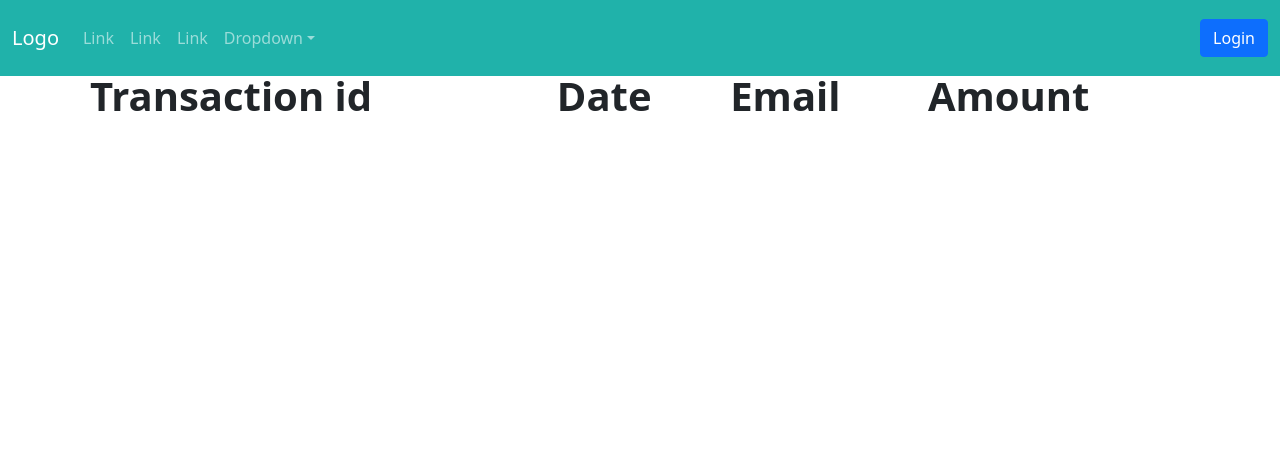
Repository: Sadia-Naveed-Shaikh/JavaScript-Website
Page: src/Listing.html
An editor plug-in stored every save of this project. The page is shown before and after the next save, followed by the edit.
The browser window is 1280 px wide. The pictures show the whole page.
Some web libraries are served in a nearby version.

Above is the page before, as saved 2021-10-28 16:36:19.
Console error: TypeError: Cannot read properties of undefined (reading 'tran_id')

### src/Listing.html
<!DOCTYPE html>

<html>

<head>
    <title>Listing</title>
    <meta charset="utf-8">
    <meta name="viewport" content="width=device-width, initial-scale=1">
    <link href="https://cdn.jsdelivr.net/npm/bootstrap@5.1.1/dist/css/bootstrap.min.css" rel="stylesheet">
    <script src="https://cdn.jsdelivr.net/npm/bootstrap@5.1.1/dist/js/bootstrap.bundle.min.js"></script>
    <script src="https://kit.fontawesome.com/2246d8fd03.js" crossorigin="anonymous"></script>
</head>


<body>

    <nav class="navbar navbar-expand-sm  navbar-dark fixed-top" style="background-color: #20b2aa">
        <div class="container-fluid" style="background-color: #20b2aa; height:60px">
            <a class="navbar-brand" href="#">Logo</a>
            <button class="navbar-toggler" type="button" data-bs-toggle="collapse" data-bs-target="#collapsibleNavbar">
                <span class="navbar-toggler-icon"></span>
            </button>
            <div class="collapse navbar-collapse" id="collapsibleNavbar">
                <ul class="navbar-nav">
                    <li class="nav-item">
                        <a class="nav-link" href="#">Link</a>
                    </li>
                    <li class="nav-item">
                        <a class="nav-link" href="#">Link</a>
                    </li>
                    <li class="nav-item">
                        <a class="nav-link" href="#">Link</a>
                    </li>
                    <li class="nav-item dropdown">
                        <a class="nav-link dropdown-toggle" href="#" role="button"
                            data-bs-toggle="dropdown">Dropdown</a>
                        <ul class="dropdown-menu">
                            <li><a class="dropdown-item" href="#">Transaction</a></li>
                            <li><a class="dropdown-item" href="#">Logs</a></li>
                            <li><a class="dropdown-item" href="#">A third link</a></li>
                        </ul>
                    </li>
                </ul>

            </div>
            <!-- <form class="d-flex">
            <input class="form-control me-2" type="text" placeholder="Search">
            <button class="btn btn-primary" type="button">Search</button>
        </form> -->

            <!-- Button to Open the Modal -->
            <button type="button" class="btn btn-primary" data-bs-toggle="modal" data-bs-target="#myModal"
                style="margin-left: 5px">
                Login
            </button>
        </div>
    </nav>

    <h1>
        Listing

        <div class="container mt-3">
            <table class="table  table-striped table-hover  table-borderless">
                <thead>
                    <tr>
                        <th>Transaction id</th>
                        <th>Date</th>
                        <th>Email</th>
                        <th>Amount</th>
                    </tr>
                </thead>
                <tbody id='tableContents'>
                </tbody>
            </table>
            <script>
                var record;
                var myObj;
                var xhr = new XMLHttpRequest();
                xhr.open("GET", "transaction.json", true);
                xhr.onload = function () {
                    record = xhr.responseText;
                    myObj = JSON.parse(record);
                    console.log(myObj.length);
                    var table = document.getElementById('tableContents');
                    for (let i = 0; i < myObj.length+1; i++) {
                        tableContents += '<tr><td>' + myObj[i].tran_id + '</td><td>' + myObj[i].date + '</td><td>' +
                         '</td><td>' + myObj[i].email + '</td><td>' + myObj[i].amount + '</td><tr>' ;
                    }
                    table.innerHTML = tableContents;
                };
                xhr.send();

            </script>

        </div>
    </h1>
</body>


</html>

### src/transaction.json
[
    {
        "id": 1,
        "tran_id": "tran1",
        "name": "xyz",
        "email": "",
        "date": 61,
        "amount": "",
        "currency": "",
        "key8": "",
        "key9": "",
        "key10": "",
        "key11": "",
        "key12":"",
        "key13":"",
        "key14":"",
        "key15":""
    },
    {
        "id": 1,
        "tran_id": "Tiger Nixon",
        "name": 320800,
        "email": "",
        "date": 61,
        "amount": "",
        "currency": "",
        "key8": "",
        "key9": "",
        "key10": "",
        "key11": "",
        "key12": "",
        "key13": "",
        "key14": "",
        "key15": ""
    },
    {
        "id": 1,
        "tran_id": "Tiger Nixon",
        "name": 320800,
        "email": "",
        "date": 61,
        "amount": "",
        "currency": "",
        "key8": "",
        "key9": "",
        "key10": "",
        "key11": "",
        "key12": "",
        "key13": "",
        "key14": "",
        "key15": ""
    },
    {
        "id": 1,
        "tran_id": "Tiger Nixon",
        "name": 320800,
        "email": "",
        "date": 61,
        "amount": "",
        "currency": "",
        "key8": "",
        "key9": "",
        "key10": "",
        "key11": "",
        "key12": "",
        "key13": "",
        "key14": "",
        "key15": ""
    }
]

After the next save:
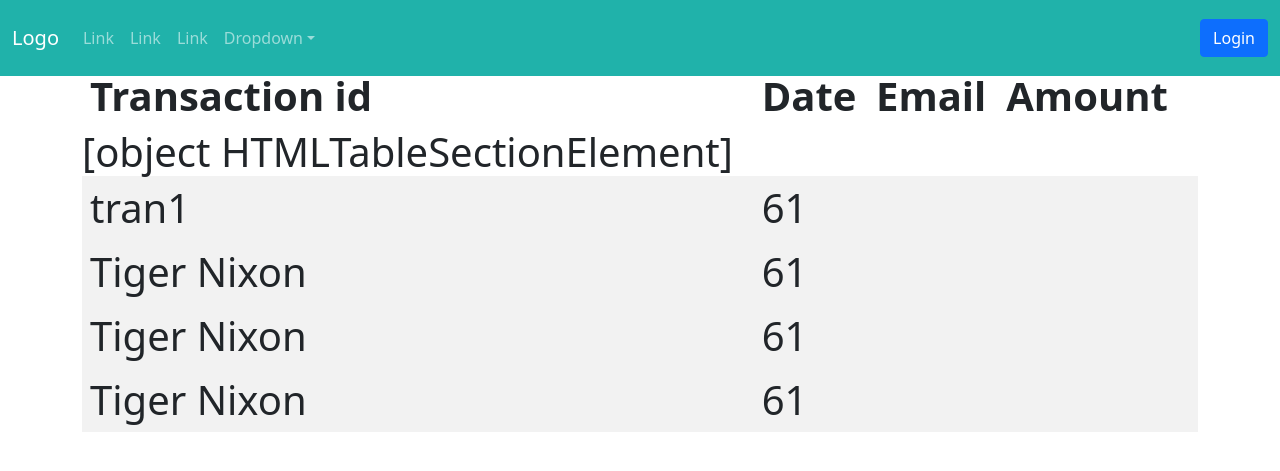
The error is gone.
Saved 20 s later.
--- a/src/Listing.html
+++ b/src/Listing.html
@@ -82,7 +82,7 @@
                     myObj = JSON.parse(record);
                     console.log(myObj.length);
                     var table = document.getElementById('tableContents');
-                    for (let i = 0; i < myObj.length+1; i++) {
+                    for (let i = 0; i < myObj.length; i++) {
                         tableContents += '<tr><td>' + myObj[i].tran_id + '</td><td>' + myObj[i].date + '</td><td>' +
                          '</td><td>' + myObj[i].email + '</td><td>' + myObj[i].amount + '</td><tr>' ;
                     }
